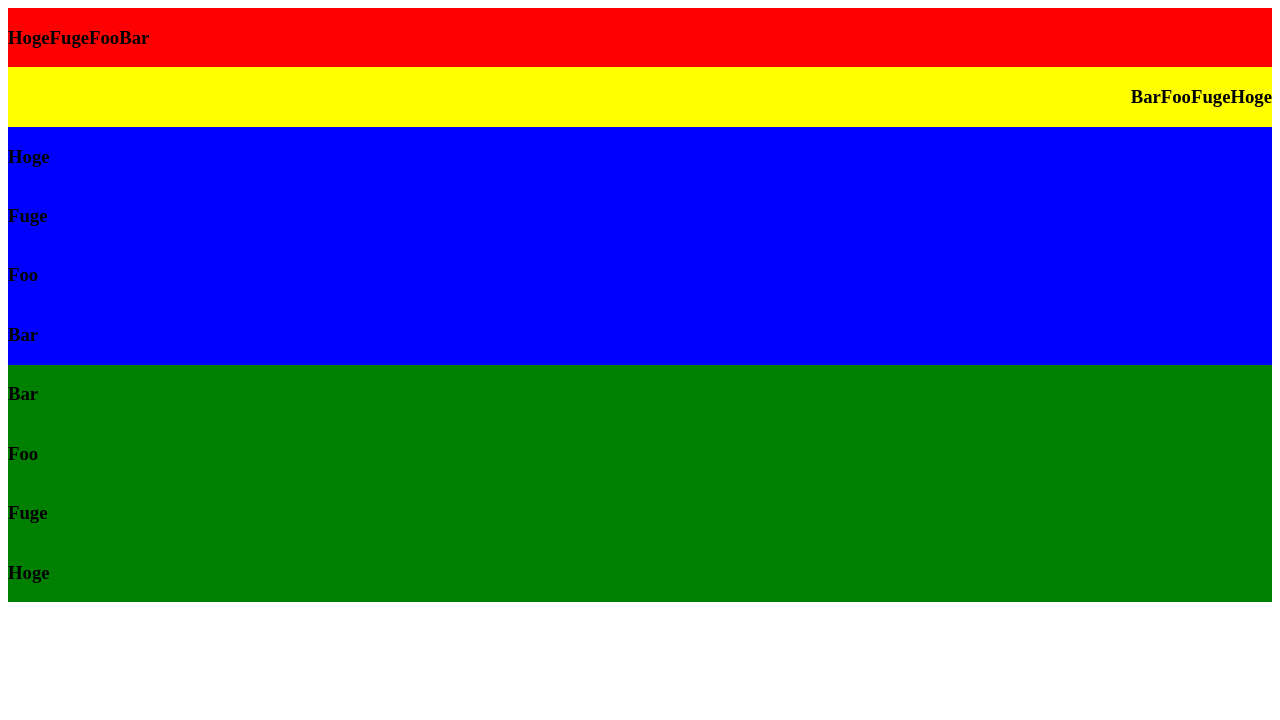
Repository: yoshi1924/samurai_HTML-CSS
Page: test.html
The author's editor kept a record of every edit. The page is drawn from the files as they stood at one moment, then again after the next edit.
The browser window is 1280 px wide. The pictures show the whole page.

Above is the page before.

After the next edit:
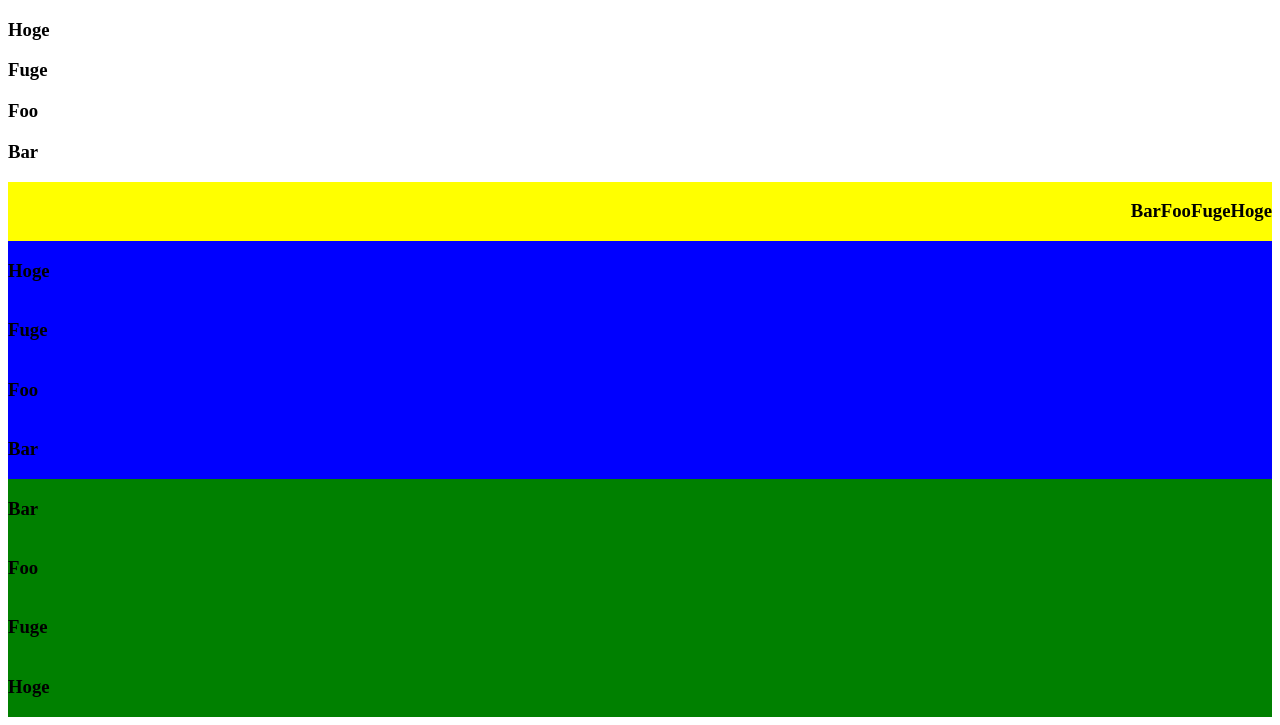
The edit:
--- a/test.html
+++ b/test.html
@@ -2,7 +2,7 @@
 <html lang="ja">
 <head>
     <style>
-    #sort {
+    #no-wrap {
         display: flex;
         flex-direction: row;
         background-color: red;
